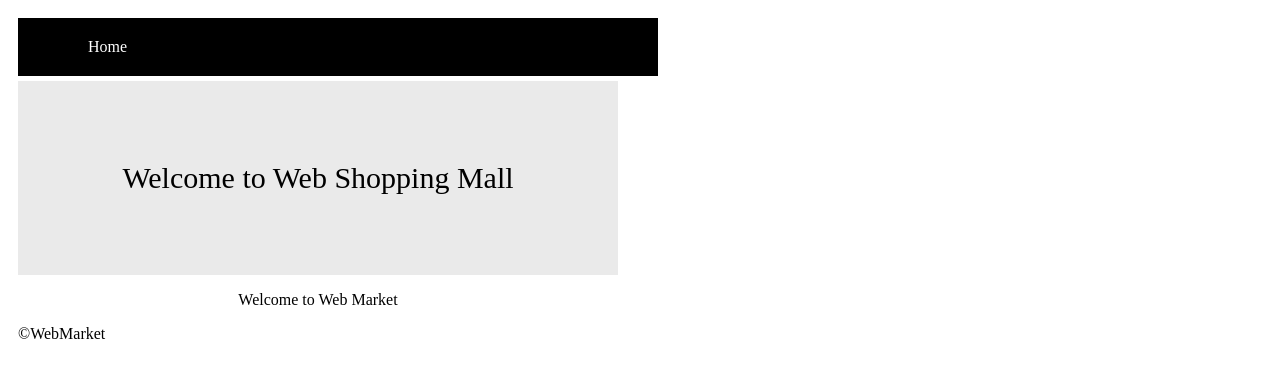
Repository: JuHyeon-S/21-1-Web-Back-end_Programming
Page: http://localhost/week07_20185135/work05_20185135.jsp
An editor plug-in stored every save of this project. The page is shown before and after the next save, followed by the edit.
The browser window is 1280 px wide. The pictures show the whole page.
The page is served by Tomcat 9.

Above is the page before, as saved 2021-04-15 03:17:25.

After the next save:
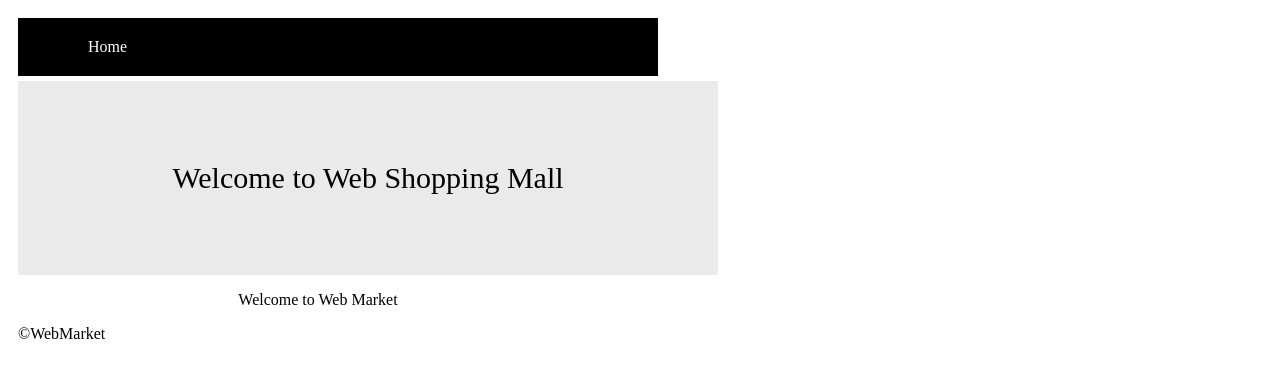
Saved 71 s later.
--- a/week07/week07_20185135/src/main/webapp/work05_20185135_css.css
+++ b/week07/week07_20185135/src/main/webapp/work05_20185135_css.css
@@ -22,7 +22,7 @@
 section{ width:100%; }
 
 .div1{
-	width: 600px;
+	width: 700px;
 	padding-top: 50px;
 	padding-bottom: 50px;
 	background-color: rgb(234,234, 234);

After the save that followed:
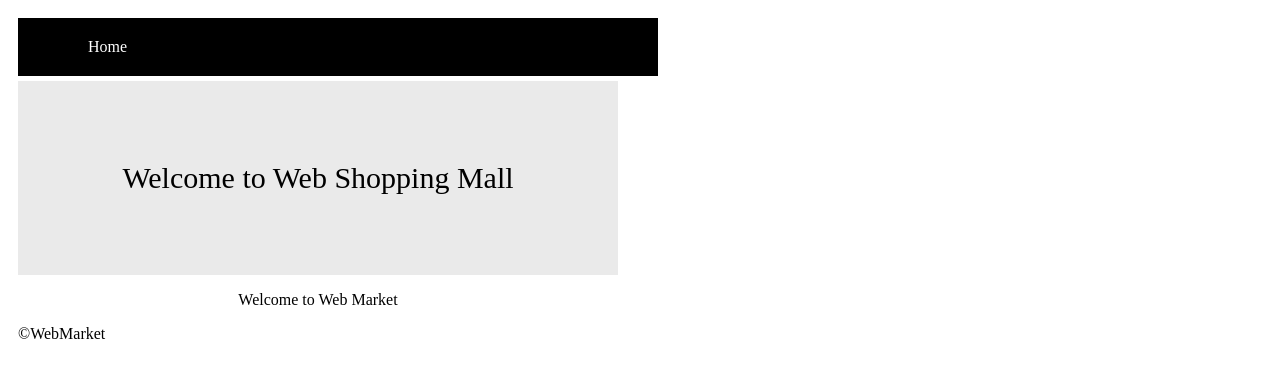
Saved 20 s later.
--- a/week07/week07_20185135/src/main/webapp/work05_20185135_css.css
+++ b/week07/week07_20185135/src/main/webapp/work05_20185135_css.css
@@ -19,10 +19,9 @@
 	color: white;
 	text-decoration: none;
 }
-section{ width:100%; }
 
 .div1{
-	width: 700px;
+	width: 600px;
 	padding-top: 50px;
 	padding-bottom: 50px;
 	background-color: rgb(234,234, 234);
